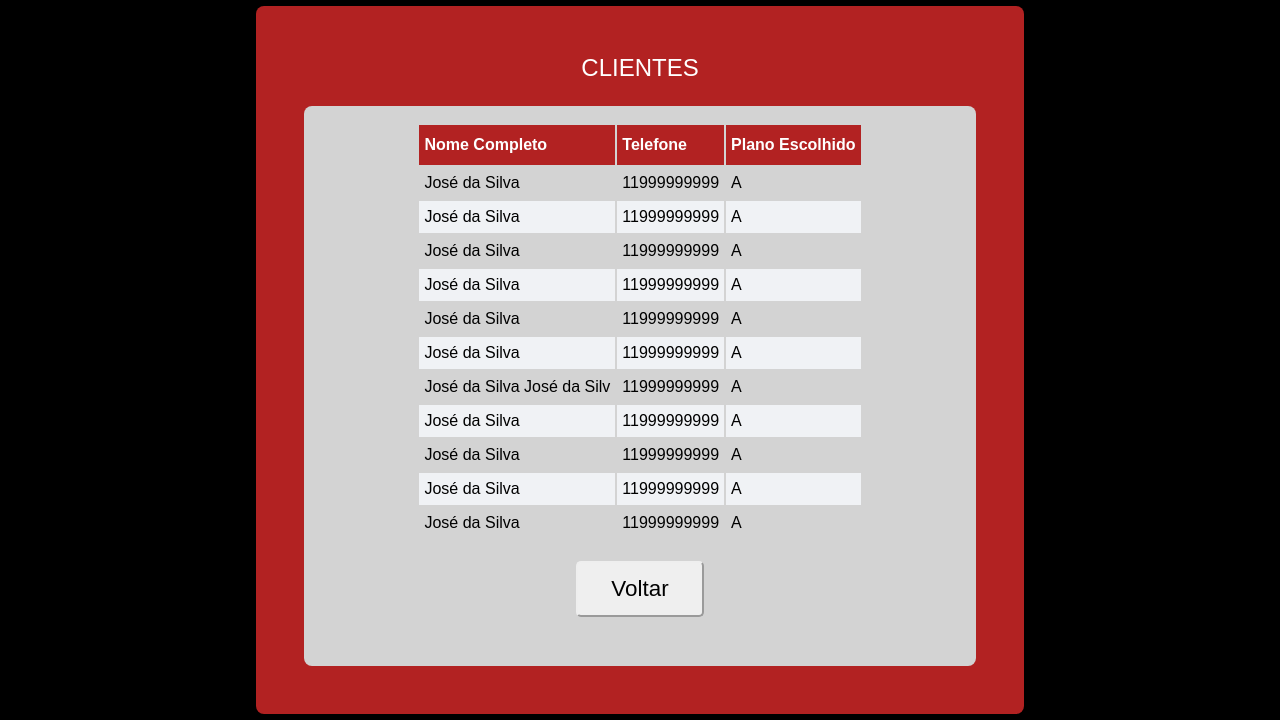
Repository: samantaProspero/projeto_integrador
Page: Versão Atual/PI_Vanila/clientes.html
The author's editor kept a copy of each file at every save. The page is drawn from the files as they stood at one save, then again after a run of saves.
The browser window is 1280 px wide. The pictures show the whole page.

Above is the page before, as saved 2021-11-06 14:56:13.

After the next 2 saves:
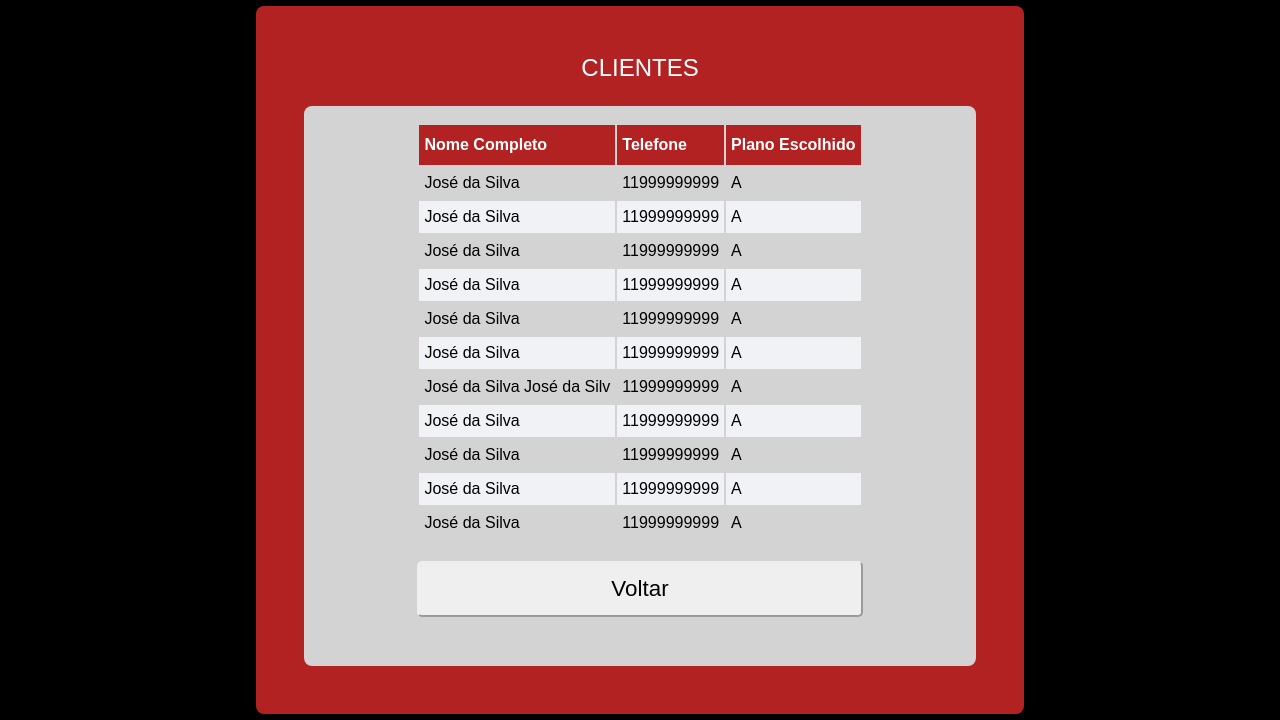
The 2 saves are shown as one change because they came seconds apart.
The last was saved 7 s later.
--- a/Versão Atual/PI_Vanila/_css/clientes.css
+++ b/Versão Atual/PI_Vanila/_css/clientes.css
@@ -86,7 +86,7 @@
 } */
 
 .area-clientes  button{
-  width: 8rem;
+  width: 100%;
   height: 3.5rem;
   font-size: 1.4rem;
   padding: 0.8rem 1.8rem;

After the save that followed:
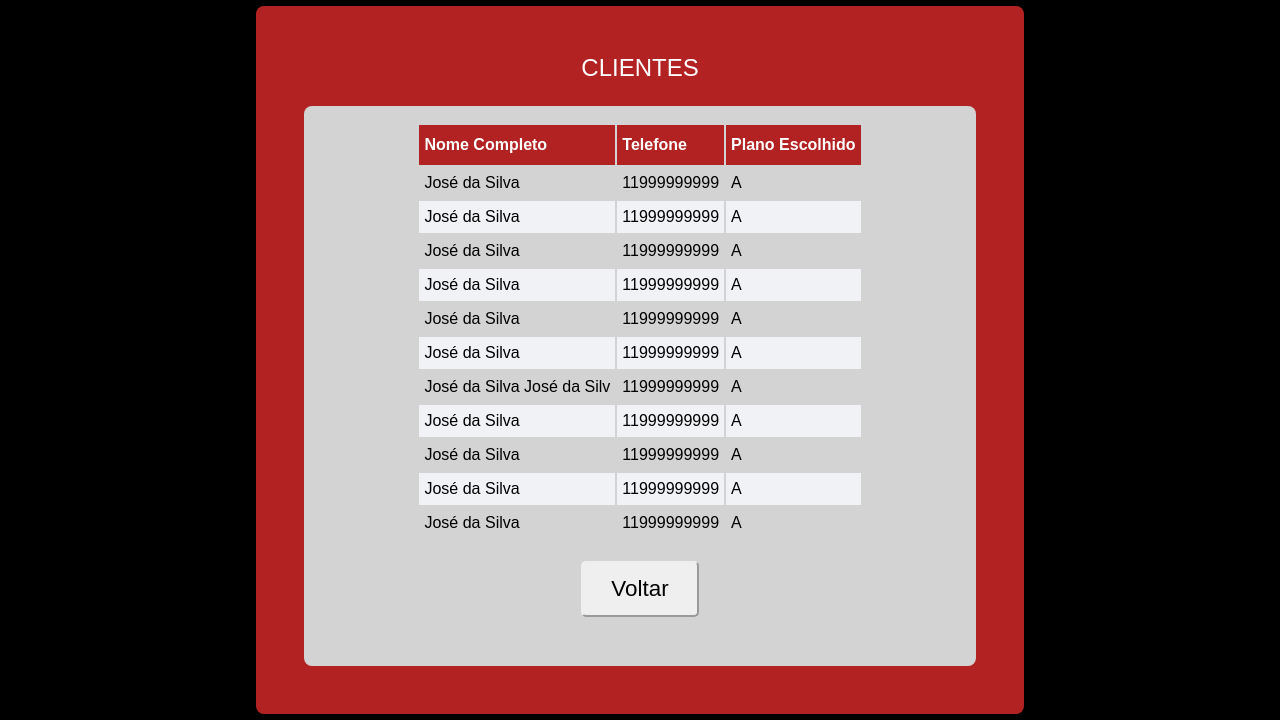
Saved 7 s later.
--- a/Versão Atual/PI_Vanila/_css/clientes.css
+++ b/Versão Atual/PI_Vanila/_css/clientes.css
@@ -86,7 +86,7 @@
 } */
 
 .area-clientes  button{
-  width: 100%;
+  /* width: 8rem; */
   height: 3.5rem;
   font-size: 1.4rem;
   padding: 0.8rem 1.8rem;
